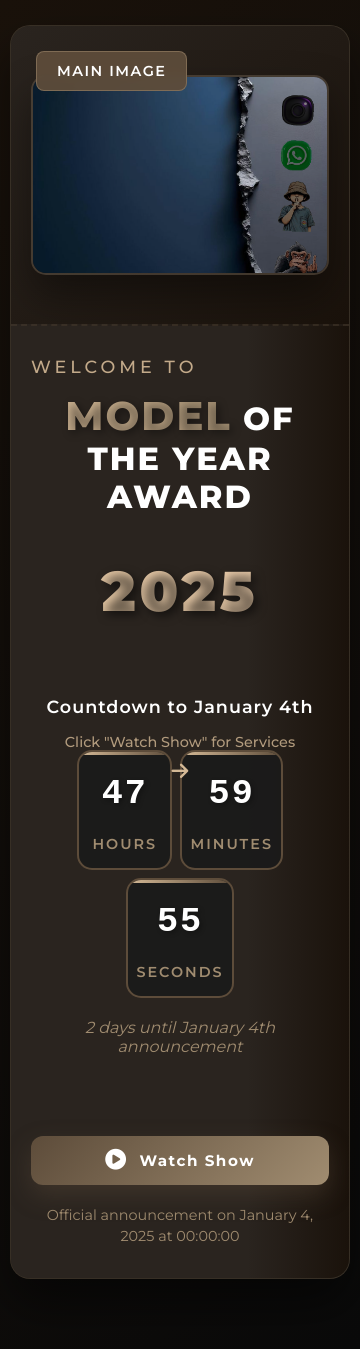
Repository: Madgerald-09/2025yearmodel
Page: index.html
An editor plug-in stored every save of this project. The page is shown before and after a run of saves, followed by the edit.
The browser window is 360 px wide. The pictures show the whole page.

Above is the page before, as saved 2025-12-24 16:55:16.

### index.html
<!DOCTYPE html>
<html lang="en">
<head>
    <meta charset="UTF-8">
    <meta name="viewport" content="width=device-width, initial-scale=1.0">
    <title>Model Of The Year Award 2025</title>
    <link rel="stylesheet" href="style.css">
    <link rel="stylesheet" href="https://cdnjs.cloudflare.com/ajax/libs/font-awesome/6.4.0/css/all.min.css">
    <link href="https://fonts.googleapis.com/css2?family=Montserrat:wght@300;400;500;600;700;800;900&display=swap" rel="stylesheet">
</head>
<body>
    <div class="main-container">
        <section class="page-section award-page">
            <div class="award-card">
                <div class="content-side">
                    <div class="welcome-text">Welcome To</div>
                    <h1 class="award-title">
                        <span class="model-text">Model</span> Of The Year Award
                    </h1>
                    <div class="year">2025</div>

                    <div class="countdown-container">
                        <h2 class="countdown-title" id="countdownTitle">Countdown to January 4th</h2>
                        <div class="countdown">
                            <div class="countdown-item">
                                <span id="hours">48</span>
                                <div class="countdown-label">Hours</div>
                            </div>
                            <div class="countdown-item">
                                <span id="minutes">00</span>
                                <div class="countdown-label">Minutes</div>
                            </div>
                            <div class="countdown-item">
                                <span id="seconds">00</span>
                                <div class="countdown-label">Seconds</div>
                            </div>
                        </div>
                        <p class="countdown-note" id="countdownNote">48-hour countdown until January 4th announcement</p>
                    </div>

                    <div class="watch-show-container">
                        <a href="index2.html" class="watch-show-btn">
                            <i class="fas fa-play-circle"></i> Watch Show
                        </a>
                        <div class="show-info">
                            <p>Official announcement on January 4, 2025 at 00:00:00</p>
                        </div>
                    </div>
                </div>

                <div class="image-side" id="imageSide">
                    <div class="pic-label">Main Image</div>
                    <div class="image-area">
                        <div class="image-container" id="imageContainer">
                            <img src="images/award-image1.png" alt="Model of the Year Award 2025" class="award-image" id="awardImage">
                        </div>
                    </div>
                </div>
            </div>

            <div class="scroll-indicator">
                <p>Click "Watch Show" for Services</p>
                <i class="fas fa-arrow-right"></i>
            </div>
        </section>
    </div>

    <div class="notification" id="notification">
        <p>Welcome to Model Of The Year Award 2025!</p>
    </div>

    <script src="script.js"></script>
</body>
</html>

### style.css
/* ===== BASE STYLES ===== */
* {
    margin: 0;
    padding: 0;
    box-sizing: border-box;
}

body {
    font-family: 'Montserrat', 'Segoe UI', sans-serif;
    background-color: #1a120b; /* Dark brown/black background */
    color: #ffffff;
    overflow-x: hidden;
    min-height: 100vh;
}

.main-container {
    min-height: 100vh;
    display: flex;
    justify-content: center;
    align-items: center;
    padding: 20px;
    background: linear-gradient(135deg, #1a120b 0%, #0a0a0a 100%);
}

/* ===== AWARD PAGE ===== */
.page-section {
    width: 100%;
    max-width: 1400px;
    display: flex;
    justify-content: center;
    align-items: center;
}

.award-card {
    background: rgba(42, 36, 31, 0.95); /* Dark brown background */
    border-radius: 30px;
    overflow: hidden;
    display: flex;
    width: 100%;
    min-height: 700px;
    box-shadow: 0 25px 50px rgba(0, 0, 0, 0.5);
    border: 1px solid rgba(93, 76, 58, 0.3); /* Dark brown border */
    backdrop-filter: blur(10px);
}

/* Left Content Side */
.content-side {
    flex: 1;
    padding: 60px 50px;
    display: flex;
    flex-direction: column;
    justify-content: center;
    position: relative;
    z-index: 2;
    background: linear-gradient(to right, #2a241f 70%, #1a120b);
}

.welcome-text {
    font-size: 1.1rem;
    color: #d4b996; /* Light brown/gold */
    letter-spacing: 4px;
    margin-bottom: 15px;
    font-weight: 500;
    text-transform: uppercase;
    opacity: 0.9;
}

.award-title {
    font-size: 3.5rem;
    font-weight: 800;
    line-height: 1.1;
    margin-bottom: 20px;
    color: #ffffff;
    text-transform: uppercase;
    letter-spacing: 2px;
}

.model-text {
    color: #d4b996; /* Light brown/gold */
    display: inline-block;
    font-size: 4rem;
    text-shadow: 3px 3px 8px rgba(0, 0, 0, 0.4);
    background: linear-gradient(45deg, #d4b996, #a08c70);
    -webkit-background-clip: text;
    -webkit-text-fill-color: transparent;
    background-clip: text;
}

.year {
    font-size: 5.5rem;
    font-weight: 900;
    color: #d4b996; /* Light brown/gold */
    margin: 25px 0;
    text-align: center;
    letter-spacing: 8px;
    text-shadow: 4px 4px 10px rgba(0, 0, 0, 0.5);
    background: linear-gradient(45deg, #d4b996, #f5d5b4);
    -webkit-background-clip: text;
    -webkit-text-fill-color: transparent;
    background-clip: text;
}

/* ===== COUNTDOWN STYLES ===== */
.countdown-container {
    margin: 40px 0;
    text-align: center;
    transition: all 0.3s ease;
}

.countdown-title {
    font-size: 1.6rem;
    color: #ffffff; /* White for contrast */
    margin-bottom: 25px;
    font-weight: 600;
    letter-spacing: 1px;
    min-height: 60px;
    display: flex;
    align-items: center;
    justify-content: center;
    text-align: center;
    line-height: 1.3;
    transition: all 0.3s ease;
}

.countdown {
    display: flex;
    justify-content: center;
    gap: 25px;
    margin-bottom: 20px;
    flex-wrap: wrap;
}

.countdown-item {
    display: flex;
    flex-direction: column;
    align-items: center;
    background: rgba(26, 26, 26, 0.9); /* Dark background */
    padding: 25px 20px;
    border-radius: 15px;
    border: 2px solid #5d4c3a; /* Dark brown border */
    position: relative;
    overflow: hidden;
    transition: all 0.3s ease;
    min-width: 160px;
}

.countdown-item:first-child {
    min-width: 180px; /* Larger for hours */
}

.countdown-item::before {
    content: '';
    position: absolute;
    top: 0;
    left: 0;
    right: 0;
    height: 3px;
    background: linear-gradient(90deg, #d4b996, #5d4c3a); /* Brown gradient */
    transition: all 0.3s ease;
}

.countdown-item span {
    font-size: 4.5rem;
    font-weight: 800;
    color: #ffffff; /* White numbers */
    margin-bottom: 8px;
    text-shadow: 2px 2px 5px rgba(0, 0, 0, 0.3);
    font-variant-numeric: tabular-nums;
    font-family: 'Courier New', monospace;
    transition: all 0.3s ease;
    display: flex;
    align-items: center;
    justify-content: center;
    min-height: 80px;
    letter-spacing: 2px;
}

.countdown-label {
    font-size: 1.1rem;
    color: #a08c70; /* Light brown text */
    text-transform: uppercase;
    letter-spacing: 2px;
    font-weight: 600;
    margin-top: 5px;
}

.countdown-note {
    color: #a08c70; /* Light brown text */
    font-size: 1rem;
    font-style: italic;
    margin-top: 15px;
    min-height: 20px;
    transition: all 0.3s ease;
}

/* Countdown states */
.countdown-item.warning {
    border-color: #a08c70; /* Light brown for warning */
    background: rgba(160, 140, 112, 0.1);
}

.countdown-item.warning::before {
    background: linear-gradient(90deg, #a08c70, #d4b996);
}

.countdown-item.urgent {
    border-color: #d4b996; /* Gold for urgent */
    background: rgba(212, 185, 150, 0.1);
}

.countdown-item.urgent::before {
    background: linear-gradient(90deg, #d4b996, #ffd700);
}

.countdown-item.urgent span {
    color: #ffd700; /* Gold for urgent numbers */
}

.countdown-item.celebration {
    border-color: #ffd700; /* Gold for celebration */
    background: rgba(255, 215, 0, 0.1);
}

.countdown-item.celebration::before {
    background: linear-gradient(90deg, #ffd700, #ffffff);
}

.countdown-item.celebration span {
    color: #ffd700; /* Gold for celebration */
    text-shadow: 0 0 10px rgba(255, 215, 0, 0.5);
}

/* Animations */
@keyframes pulse {
    0% { transform: scale(1); opacity: 1; }
    50% { transform: scale(1.05); opacity: 0.9; }
    100% { transform: scale(1); opacity: 1; }
}

@keyframes pulse-fast {
    0% { transform: scale(1); }
    50% { transform: scale(1.1); }
    100% { transform: scale(1); }
}

.pulse {
    animation: pulse 1s infinite;
}

.pulse-fast {
    animation: pulse-fast 0.5s infinite;
}

/* ===== WATCH SHOW BUTTON ===== */
.watch-show-container {
    margin-top: 40px;
    display: flex;
    flex-direction: column;
    align-items: center;
}

.watch-show-btn {
    display: inline-flex;
    align-items: center;
    justify-content: center;
    gap: 12px;
    padding: 20px 45px;
    background: linear-gradient(135deg, #5d4c3a, #a08c70); /* Brown gradient */
    color: #ffffff; /* White text */
    text-decoration: none;
    border: none;
    font-size: 1.2rem;
    font-weight: 700;
    border-radius: 12px;
    letter-spacing: 1.5px;
    transition: all 0.3s ease;
    cursor: pointer;
    box-shadow: 0 10px 25px rgba(93, 76, 58, 0.4);
    position: relative;
    overflow: hidden;
    z-index: 1;
}

.watch-show-btn::before {
    content: '';
    position: absolute;
    top: 0;
    left: -100%;
    width: 100%;
    height: 100%;
    background: linear-gradient(135deg, #a08c70, #5d4c3a);
    transition: all 0.4s ease;
    z-index: -1;
}

.watch-show-btn:hover {
    transform: translateY(-5px);
    box-shadow: 0 15px 35px rgba(93, 76, 58, 0.6);
    color: #ffffff;
}

.watch-show-btn:hover::before {
    left: 0;
}

.watch-show-btn i {
    font-size: 1.3rem;
}

.show-info {
    margin-top: 20px;
    color: #a08c70; /* Light brown text */
    font-size: 0.9rem;
    text-align: center;
    max-width: 400px;
    line-height: 1.5;
}

/* ===== IMAGE SIDE - UPDATED ===== */
.image-side {
    flex: 1;
    position: relative;
    overflow: hidden;
    background: linear-gradient(135deg, #2a241f 0%, #1a120b 100%);
    min-height: 500px;
    display: flex;
    justify-content: center;
    align-items: center;
}

.pic-label {
    position: absolute;
    top: 25px;
    left: 25px;
    background: rgba(93, 76, 58, 0.95); /* Dark brown */
    color: #ffffff; /* White text */
    padding: 10px 20px;
    border-radius: 8px;
    font-size: 0.9rem;
    font-weight: 600;
    letter-spacing: 1.5px;
    z-index: 100;
    text-transform: uppercase;
    backdrop-filter: blur(5px);
    border: 1px solid rgba(212, 185, 150, 0.3);
}

.image-area {
    width: 100%;
    height: 100%;
    position: relative;
    display: flex;
    justify-content: center;
    align-items: center;
    padding: 20px;
}

.image-container {
    width: 100%;
    height: 100%;
    max-width: 800px;
    max-height: 600px;
    position: relative;
    overflow: hidden;
    border-radius: 15px;
    box-shadow: 0 20px 40px rgba(0, 0, 0, 0.4);
    border: 2px solid rgba(212, 185, 150, 0.2);
    background: rgba(26, 26, 26, 0.3);
}

.award-image {
    width: 100%;
    height: 100%;
    object-fit: contain;
    object-position: center;
    transition: transform 0.5s ease, opacity 0.5s ease;
    display: block;
    opacity: 0;
}

.award-image.loaded {
    opacity: 1;
}

.award-image:hover {
    transform: scale(1.02);
}

/* ===== SCROLL INDICATOR ===== */
.scroll-indicator {
    position: absolute;
    bottom: 30px;
    left: 0;
    width: 100%;
    text-align: center;
    color: #d4b996; /* Light brown/gold */
    animation: bounce 2s infinite;
    z-index: 20;
    padding: 0 20px;
    pointer-events: none;
}

.scroll-indicator p {
    margin-bottom: 10px;
    font-size: 0.9rem;
    font-weight: 500;
    opacity: 0.8;
}

.scroll-indicator i {
    font-size: 1.2rem;
    display: block;
}

@keyframes bounce {
    0%, 20%, 50%, 80%, 100% { transform: translateX(0); }
    40% { transform: translateX(10px); }
    60% { transform: translateX(5px); }
}

/* ===== NOTIFICATION ===== */
.notification {
    position: fixed;
    bottom: 30px;
    right: 30px;
    background: rgba(42, 36, 31, 0.95); /* Dark brown background */
    color: #ffffff; /* White text */
    padding: 18px 28px;
    border-radius: 12px;
    box-shadow: 0 15px 30px rgba(0, 0, 0, 0.4);
    opacity: 0;
    transform: translateY(30px) scale(0.9);
    transition: all 0.4s cubic-bezier(0.4, 0, 0.2, 1);
    z-index: 1000;
    max-width: 400px;
    border-left: 4px solid #d4b996; /* Gold accent */
    border: 1px solid rgba(93, 76, 58, 0.5);
    backdrop-filter: blur(10px);
}

.notification.show {
    opacity: 1;
    transform: translateY(0) scale(1);
}

.notification p {
    font-size: 0.95rem;
    line-height: 1.4;
    font-weight: 500;
}

/* Fallback for missing image */
.image-side.fallback-bg {
    background: linear-gradient(135deg, #2a241f, #1a120b);
    display: flex;
    justify-content: center;
    align-items: center;
}

.fallback-text {
    color: rgba(212, 185, 150, 0.8);
    text-align: center;
    padding: 30px;
    z-index: 10;
}

.fallback-text h3 {
    font-size: 2.5rem;
    font-weight: 800;
    text-transform: uppercase;
    letter-spacing: 3px;
    margin-bottom: 10px;
    background: linear-gradient(45deg, #d4b996, #ffd700);
    -webkit-background-clip: text;
    -webkit-text-fill-color: transparent;
    background-clip: text;
}

.fallback-text p {
    font-size: 1.8rem;
    font-weight: 600;
    letter-spacing: 2px;
    margin-bottom: 30px;
    color: #a08c70;
}

.fallback-icon {
    font-size: 4rem;
    color: rgba(212, 185, 150, 0.6);
    animation: pulse 2s infinite;
}

/* ===== MEDIA QUERIES ===== */

/* Large Tablets and Small Laptops (1024px and below) */
@media (max-width: 1024px) {
    .award-card {
        min-height: 650px;
    }

    .content-side {
        padding: 50px 40px;
    }

    .award-title {
        font-size: 3rem;
    }

    .model-text {
        font-size: 3.5rem;
    }

    .year {
        font-size: 4.5rem;
        letter-spacing: 6px;
    }

    .countdown-title {
        font-size: 1.4rem;
        min-height: 55px;
    }

    .countdown-item {
        min-width: 140px;
        padding: 20px 15px;
    }

    .countdown-item:first-child {
        min-width: 150px;
    }

    .countdown-item span {
        font-size: 4rem;
        min-height: 70px;
    }

    .image-container {
        max-width: 600px;
        max-height: 450px;
    }
}

/* Tablets (768px and below) */
@media (max-width: 768px) {
    .main-container {
        padding: 15px;
        align-items: flex-start;
        min-height: 100vh;
        height: auto;
    }

    .award-card {
        flex-direction: column;
        min-height: auto;
        margin: 20px 0;
        border-radius: 25px;
    }

    .content-side {
        padding: 40px 30px;
        order: 2;
    }

    .image-side {
        order: 1;
        min-height: 350px;
        border-bottom: 2px dashed rgba(93, 76, 58, 0.3);
    }

    .award-title {
        font-size: 2.5rem;
        text-align: center;
    }

    .model-text {
        font-size: 3rem;
    }

    .year {
        font-size: 4rem;
        letter-spacing: 5px;
        margin: 20px 0;
    }

    .countdown-title {
        font-size: 1.3rem;
        min-height: 50px;
    }

    .countdown {
        gap: 15px;
    }

    .countdown-item {
        min-width: 120px;
        padding: 18px 12px;
    }

    .countdown-item:first-child {
        min-width: 130px;
    }

    .countdown-item span {
        font-size: 3.5rem;
        min-height: 65px;
    }

    .countdown-label {
        font-size: 1rem;
    }

    .watch-show-btn {
        padding: 18px 35px;
        font-size: 1.1rem;
        width: 100%;
        max-width: 350px;
    }

    .scroll-indicator {
        bottom: 20px;
    }

    .image-container {
        max-width: 500px;
        max-height: 350px;
    }
}

/* Mobile Portrait (480px and below) */
@media (max-width: 480px) {
    .main-container {
        padding: 10px;
    }

    .award-card {
        border-radius: 20px;
        margin: 15px 0 60px 0;
    }

    .content-side {
        padding: 30px 20px;
    }

    .image-side {
        min-height: 300px;
    }

    .award-title {
        font-size: 2rem;
        line-height: 1.2;
    }

    .model-text {
        font-size: 2.5rem;
    }

    .year {
        font-size: 3.5rem;
        letter-spacing: 4px;
    }

    .countdown-title {
        font-size: 1.1rem;
        margin-bottom: 20px;
        min-height: 45px;
    }

    .countdown {
        gap: 8px;
    }

    .countdown-item {
        min-width: 30%;
        padding: 15px 8px;
    }

    .countdown-item:first-child {
        min-width: 32%;
    }

    .countdown-item span {
        font-size: 2.5rem;
        min-height: 55px;
    }

    .countdown-label {
        font-size: 0.9rem;
    }

    .watch-show-btn {
        padding: 16px 25px;
        font-size: 1rem;
    }

    .notification {
        bottom: 20px;
        right: 20px;
        left: 20px;
        max-width: none;
        padding: 15px 20px;
    }

    .image-container {
        max-width: 350px;
        max-height: 250px;
    }

    .fallback-text h3 {
        font-size: 2rem;
    }

    .fallback-text p {
        font-size: 1.5rem;
    }
}

/* Small Mobile (360px and below) */
@media (max-width: 360px) {
    .countdown-item span {
        font-size: 2.2rem;
    }

    .watch-show-btn {
        padding: 14px 20px;
        font-size: 0.95rem;
    }

    .image-container {
        max-width: 300px;
        max-height: 200px;
    }
}

Loaded but not shown: script.js (242 lines, source omitted)

After the next 2 saves:
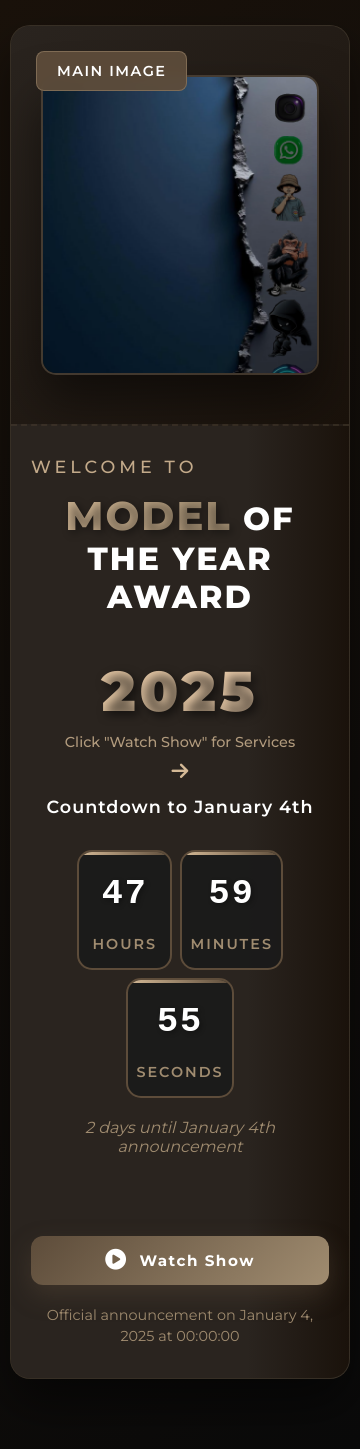
The 2 saves are shown as one change because they came seconds apart.
The last was saved 5 min 0 s later.
--- a/style.css
+++ b/style.css
@@ -25,7 +25,7 @@
 /* ===== AWARD PAGE ===== */
 .page-section {
     width: 100%;
-    max-width: 1400px;
+    max-width: 1600px; /* Increased from 1400px */
     display: flex;
     justify-content: center;
     align-items: center;
@@ -37,7 +37,7 @@
     overflow: hidden;
     display: flex;
     width: 100%;
-    min-height: 700px;
+    min-height: 750px; /* Increased from 700px */
     box-shadow: 0 25px 50px rgba(0, 0, 0, 0.5);
     border: 1px solid rgba(93, 76, 58, 0.3); /* Dark brown border */
     backdrop-filter: blur(10px);
@@ -316,13 +316,13 @@
     line-height: 1.5;
 }
 
-/* ===== IMAGE SIDE - UPDATED ===== */
+/* ===== IMAGE SIDE - UPDATED FOR BIGGER IMAGE ===== */
 .image-side {
     flex: 1;
     position: relative;
     overflow: hidden;
     background: linear-gradient(135deg, #2a241f 0%, #1a120b 100%);
-    min-height: 500px;
+    min-height: 750px; /* Increased from 500px */
     display: flex;
     justify-content: center;
     align-items: center;
@@ -352,18 +352,18 @@
     display: flex;
     justify-content: center;
     align-items: center;
-    padding: 20px;
+    padding: 30px; /* Increased padding */
 }
 
 .image-container {
     width: 100%;
     height: 100%;
-    max-width: 800px;
-    max-height: 600px;
+    max-width: 900px; /* Increased from 800px */
+    max-height: 800px; /* Increased from 600px */
     position: relative;
     overflow: hidden;
     border-radius: 15px;
-    box-shadow: 0 20px 40px rgba(0, 0, 0, 0.4);
+    box-shadow: 0 25px 50px rgba(0, 0, 0, 0.5);
     border: 2px solid rgba(212, 185, 150, 0.2);
     background: rgba(26, 26, 26, 0.3);
 }
@@ -371,8 +371,8 @@
 .award-image {
     width: 100%;
     height: 100%;
-    object-fit: contain;
-    object-position: center;
+    object-fit: contain; /* Changed from contain to ensure full image shows */
+    object-position: center center;
     transition: transform 0.5s ease, opacity 0.5s ease;
     display: block;
     opacity: 0;
@@ -383,7 +383,7 @@
 }
 
 .award-image:hover {
-    transform: scale(1.02);
+    transform: scale(1.03);
 }
 
 /* ===== SCROLL INDICATOR ===== */
@@ -465,7 +465,7 @@
 }
 
 .fallback-text h3 {
-    font-size: 2.5rem;
+    font-size: 3rem; /* Increased from 2.5rem */
     font-weight: 800;
     text-transform: uppercase;
     letter-spacing: 3px;
@@ -477,7 +477,7 @@
 }
 
 .fallback-text p {
-    font-size: 1.8rem;
+    font-size: 2rem; /* Increased from 1.8rem */
     font-weight: 600;
     letter-spacing: 2px;
     margin-bottom: 30px;
@@ -485,7 +485,7 @@
 }
 
 .fallback-icon {
-    font-size: 4rem;
+    font-size: 5rem; /* Increased from 4rem */
     color: rgba(212, 185, 150, 0.6);
     animation: pulse 2s infinite;
 }
@@ -495,7 +495,7 @@
 /* Large Tablets and Small Laptops (1024px and below) */
 @media (max-width: 1024px) {
     .award-card {
-        min-height: 650px;
+        min-height: 700px; /* Increased from 650px */
     }
 
     .content-side {
@@ -534,9 +534,13 @@
         min-height: 70px;
     }
 
+    .image-side {
+        min-height: 700px; /* Increased */
+    }
+
     .image-container {
-        max-width: 600px;
-        max-height: 450px;
+        max-width: 750px; /* Increased from 600px */
+        max-height: 650px; /* Increased from 450px */
     }
 }
 
@@ -563,7 +567,7 @@
 
     .image-side {
         order: 1;
-        min-height: 350px;
+        min-height: 500px; /* Increased from 350px */
         border-bottom: 2px dashed rgba(93, 76, 58, 0.3);
     }
 
@@ -621,8 +625,8 @@
     }
 
     .image-container {
-        max-width: 500px;
-        max-height: 350px;
+        max-width: 650px; /* Increased from 500px */
+        max-height: 450px; /* Increased from 350px */
     }
 }
 
@@ -642,7 +646,7 @@
     }
 
     .image-side {
-        min-height: 300px;
+        min-height: 400px; /* Increased from 300px */
     }
 
     .award-title {
@@ -701,16 +705,16 @@
     }
 
     .image-container {
-        max-width: 350px;
-        max-height: 250px;
+        max-width: 450px; /* Increased from 350px */
+        max-height: 350px; /* Increased from 250px */
     }
 
     .fallback-text h3 {
-        font-size: 2rem;
+        font-size: 2.5rem; /* Increased from 2rem */
     }
 
     .fallback-text p {
-        font-size: 1.5rem;
+        font-size: 1.8rem; /* Increased from 1.5rem */
     }
 }
 
@@ -726,7 +730,7 @@
     }
 
     .image-container {
-        max-width: 300px;
-        max-height: 200px;
-    }
-}
+        max-width: 350px; /* Increased from 300px */
+        max-height: 300px; /* Increased from 200px */
+    }
+}
